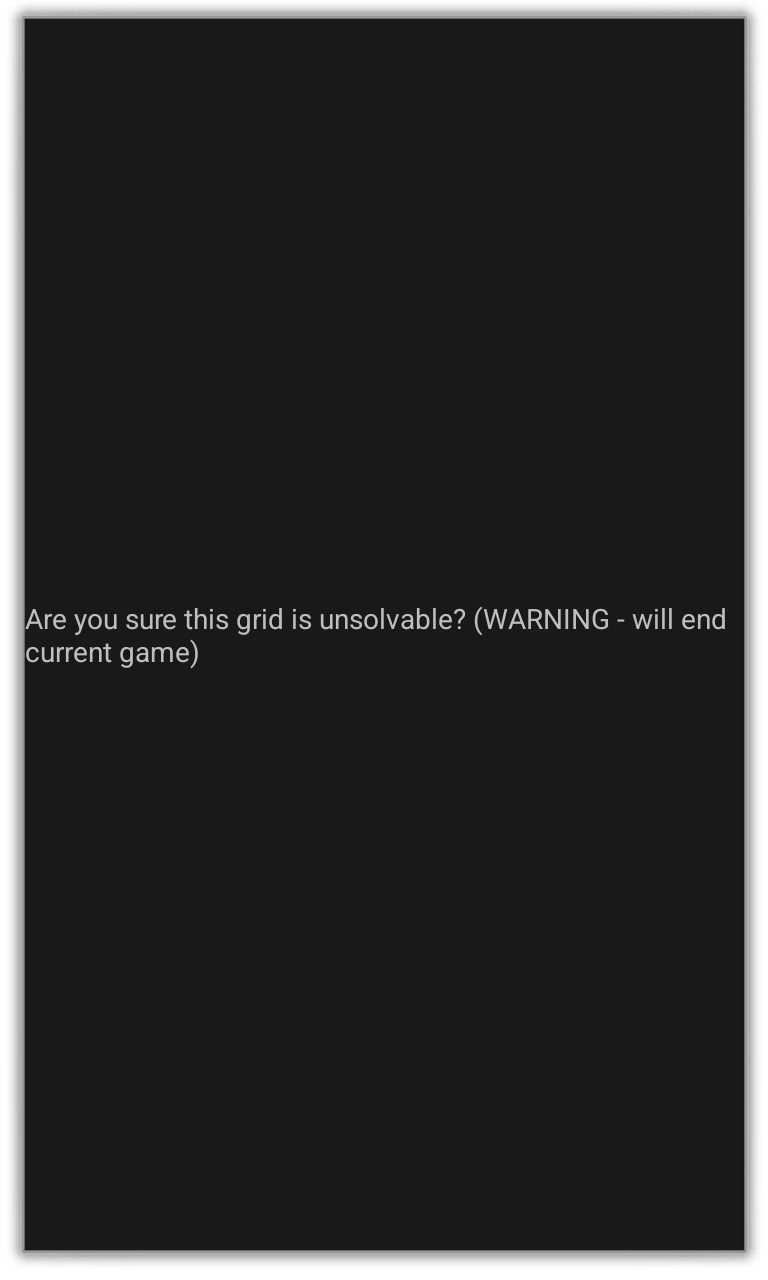
Repository: rickydalziel/project
Layout: Numbersorter/res/layout/activity_unsolve_dialog.xml
An editor plug-in stored every save of this project. The layout is shown before and after the next save, followed by the edit.
It is drawn on a 768 x 1280 px phone screen (xhdpi) without system bars, with theme android:Theme.Dialog; the app's code is not run.

Above is the layout before, as saved 2013-03-07 13:24:56.

### Numbersorter/res/layout/activity_unsolve_dialog.xml
<?xml version="1.0" encoding="utf-8"?>
<LinearLayout  xmlns:android="http://schemas.android.com/apk/res/android"
	 android:layout_width="fill_parent"
	 android:layout_height="fill_parent">

      <TextView
        android:layout_width="wrap_content"
        android:layout_height="wrap_content"
        android:layout_gravity="center"
        android:text="@string/unsolveable" />

       <Button
           android:id="@+id/unsolve_yes_button"
           android:layout_width="fill_parent"
           android:layout_height="fill_parent"
           android:text="@string/yes"
           android:onClick="yesPressed"/>

        <Button
           android:id="@+id/unsolve_cancel_button"
           android:layout_width="fill_parent"
           android:layout_height="fill_parent"
           android:text="@string/cancel"
           android:onClick="cancelPressed"  />

</LinearLayout>

### Numbersorter/res/values/strings.xml
<?xml version="1.0" encoding="utf-8"?>
<resources>

    <!-- Main menu strings -->

    <string name="app_name">Numbersorter</string>
    <string name="main_menu">Main Menu</string>
    <string name="menu_settings">Settings</string>
    <string name="title_activity_main">Number Sorter</string>
    <string name="new_game">New Game</string>
    <string name="continue_game">Continue</string>
    <string name="about">About</string>
    <string name="exit_game">Exit</string>

    <!-- About scree strings -->

    <string name="about_app">About Numbersorter</string>
    <string name="about_text">	    Numbersorter is a program written and desgned by Ricky Dalziel, for his 4th year honours project.
	    The aim of the game is to swipe a mxn grid of numbers into position so that they read from 1 - (m*n).
	</string>
    <string name="hello_world">Hello world!</string>
    <string name="title_activity_about">AboutActivity</string>

    <!-- New game dialog strings -->

    <string name="newgametext">Please select a board width and height</string>
    <string name="height">Height</string>
    <string name="width">Width</string>
    <string name="cancel">Cancel</string>

    <!-- Array options for the dialog box -->

    <string-array name="size_array">
        <item>3</item>
        <item>4</item>
        <item>5</item>
        <item>6</item>
    </string-array>

    <string name="title_activity_game">Game</string>
    <string name="title_activity_unsolve_dialog">Unsolveable?</string>
    <string name="unsolveable">Are you sure this grid is unsolvable? (WARNING -  will end current game)</string>
    <string name="yes">Yes</string>
    <string name="no">No</string>

</resources>

After the next save:
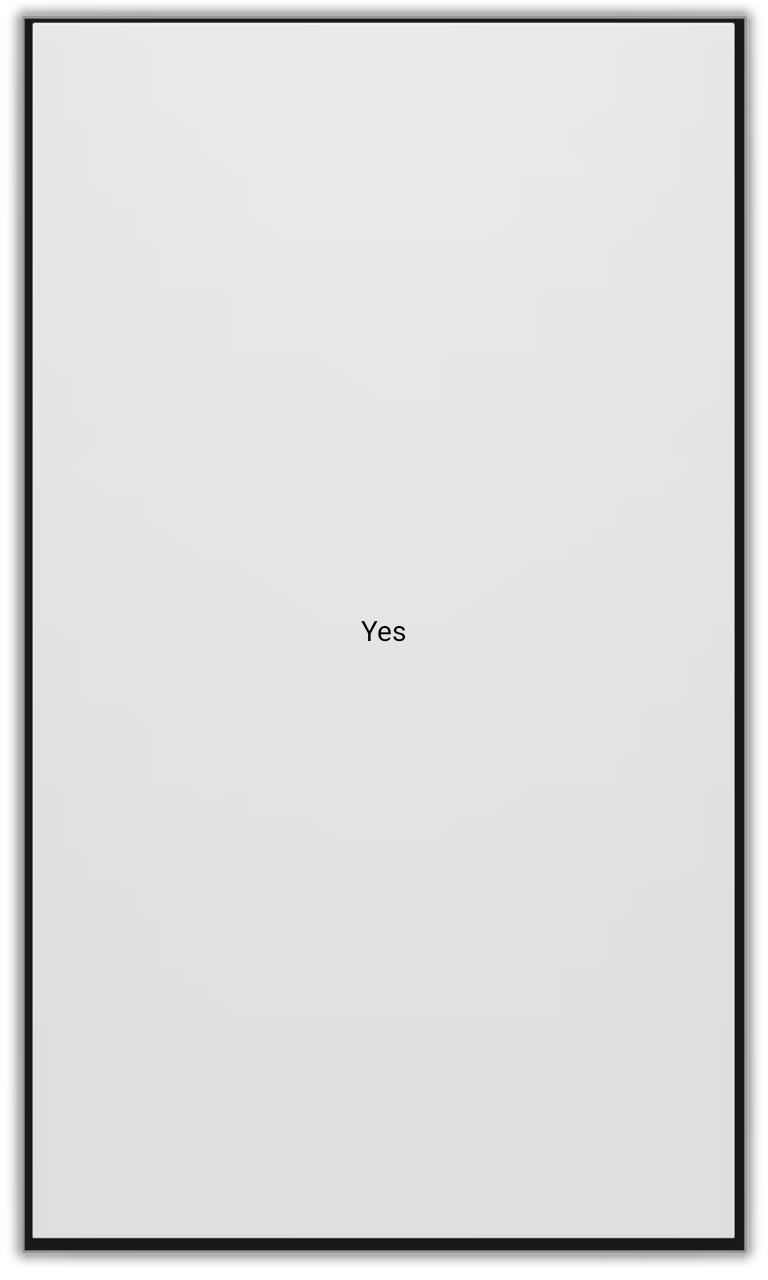
Saved 74 s later.
--- a/Numbersorter/res/layout/activity_unsolve_dialog.xml
+++ b/Numbersorter/res/layout/activity_unsolve_dialog.xml
@@ -4,7 +4,7 @@
 	 android:layout_height="fill_parent">
 
       <TextView
-        android:layout_width="wrap_content"
+        android:layout_width="fill_content"
         android:layout_height="wrap_content"
         android:layout_gravity="center"
         android:text="@string/unsolveable" />

After the save that followed:
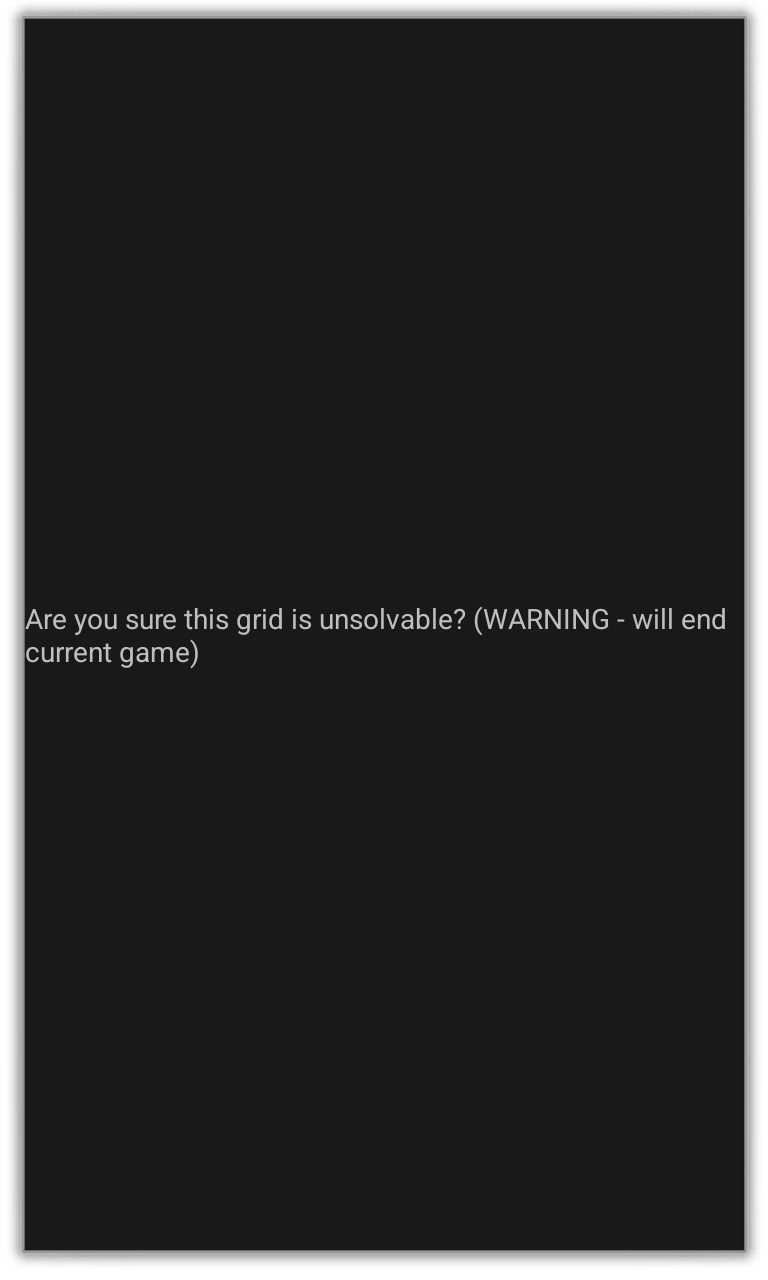
Saved 25 s later.
--- a/Numbersorter/res/layout/activity_unsolve_dialog.xml
+++ b/Numbersorter/res/layout/activity_unsolve_dialog.xml
@@ -4,7 +4,7 @@
 	 android:layout_height="fill_parent">
 
       <TextView
-        android:layout_width="fill_content"
+        android:layout_width="fill_parent"
         android:layout_height="wrap_content"
         android:layout_gravity="center"
         android:text="@string/unsolveable" />
